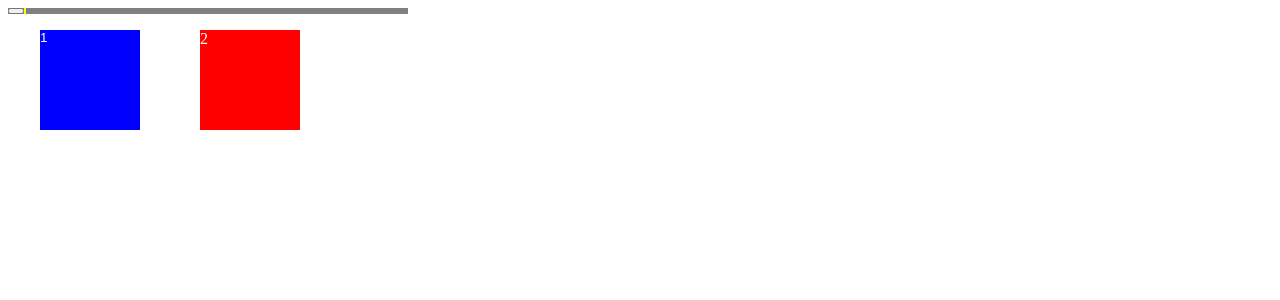
Repository: TaichiOzaki/1st_all
Page: html/css_intro_issue/index.html
The author's editor kept a record of every edit. The page is drawn from the files as they stood at one moment, then again after the next edit.
The browser window is 1280 px wide. The pictures show the whole page.

Above is the page before.

After the next edit:
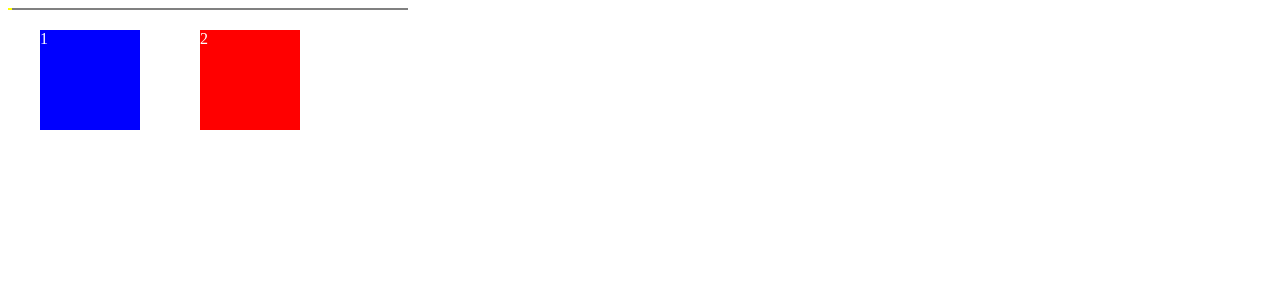
The edit:
--- a/html/css_intro_issue/index.html
+++ b/html/css_intro_issue/index.html
@@ -8,7 +8,7 @@
   <body>
     <div class="container">
       <div>
-      <button>
+      <button1>
       <div class="box1">1</div>
       </button>
       </div>
